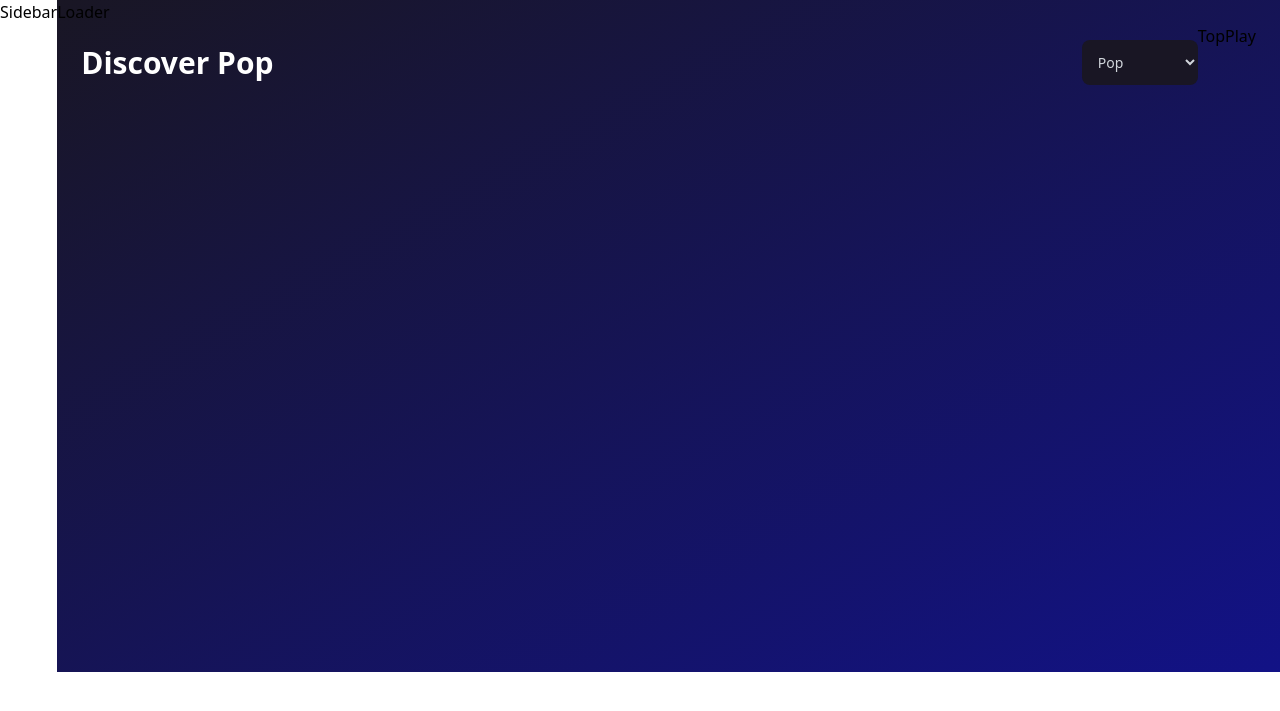
Repository: remydev47/Beats
Page: /
These files come from the project's save history. The page is drawn as it stood at one moment and after the next save; the edit follows.
The browser window is 1280 px wide. The pictures show the whole page.
The project was rebuilt for these pictures with package versions that can differ from the ones it lists, and the page was loaded fresh each time. Also part of the build but not shown: vite.config.js, src/components/ArtistCard.jsx, src/components/DetailsHeader.jsx, src/components/PlayPause.jsx, src/components/SongBar.jsx, src/components/RelatedSongs.jsx, src/components/MusicPlayer/Controls.jsx, src/components/MusicPlayer/Player.jsx and 12 more.

Above is the page before, as saved 2022-09-23 19:31:43.

### index.html
<!DOCTYPE html>
<html lang="en">
  <head>
    <meta charset="UTF-8" />
    <link rel="icon" type="image/svg+xml" href="/vite.svg" />
    <meta name="viewport" content="width=device-width, initial-scale=1.0" />
    <title>Lyrics</title>
  </head>
  <body>
    <div id="root"></div>
    <script type="module" src="/src/index.jsx"></script>
  </body>
</html>

### src/redux/features/playerSlice.js
import { createSlice } from '@reduxjs/toolkit';

const initialState = {
  currentSongs: [],
  currentIndex: 0,
  isActive: false,
  isPlaying: false,
  activeSong: {},
  genreListId: '',
};

const playerSlice = createSlice({
  name: 'player',
  initialState,
  reducers: {
    setActiveSong: (state, action) => {
      state.activeSong = action.payload.song;

      if (action.payload?.data?.tracks?.hits) {
        state.currentSongs = action.payload.data.tracks.hits;
      } else if (action.payload?.data?.properties) {
        state.currentSongs = action.payload?.data?.tracks;
      } else {
        state.currentSongs = action.payload.data;
      }

      state.currentIndex = action.payload.i;
      state.isActive = true;
    },

    nextSong: (state, action) => {
      if (state.currentSongs[action.payload]?.track) {
        state.activeSong = state.currentSongs[action.payload]?.track;
      } else {
        state.activeSong = state.currentSongs[action.payload];
      }

      state.currentIndex = action.payload;
      state.isActive = true;
    },

    prevSong: (state, action) => {
      if (state.currentSongs[action.payload]?.track) {
        state.activeSong = state.currentSongs[action.payload]?.track;
      } else {
        state.activeSong = state.currentSongs[action.payload];
      }

      state.currentIndex = action.payload;
      state.isActive = true;
    },

    playPause: (state, action) => {
      state.isPlaying = action.payload;
    },

    selectGenreListId: (state, action) => {
      state.genreListId = action.payload;
    },
  },
});

export const { setActiveSong, nextSong, prevSong, playPause, selectGenreListId } = playerSlice.actions;

export default playerSlice.reducer;

### src/pages/Discover.jsx
import { Error, Loader, SongCard } from '../components';
import { genres } from '../assets/constants'

const Discover = () => {

    const genreTitle = "Pop";

    return(
        <div className={styles.container}>
            <div className={styles.wrapper}>
                <h2 className='font-bold text-3xl text-white text-left'>
                    Discover {genreTitle}
                </h2>
                <select
                  onChange={() => {}}
                  value=""
                  className={styles.selectStyles}
                >
                    {genres.map((genre) =>
                        <option
                          key={genre.value}
                          value={genre.value}
                        >
                          {genre.title}
                        </option>
                    )}
                </select>
            </div>
        </div>
    )
}

export default Discover;

const styles ={
    container:`flex flex-col`,
    wrapper:`w-full flex justify-between items-center sm:flex-row flex-col mt-4 mb-10`,
    selectStyles:`bg-black text-gray-300 p-3 text-sm rounded-lg outline-none sm:mt-0 mt-5`
}

### src/assets/constants.js
import { HiOutlineHashtag, HiOutlineHome, HiOutlinePhotograph, HiOutlineUserGroup } from 'react-icons/hi';

export const genres = [
  { title: 'Pop', value: 'POP' },
  { title: 'Hip-Hop', value: 'HIP_HOP_RAP' },
  { title: 'Dance', value: 'DANCE' },
  { title: 'Electronic', value: 'ELECTRONIC' },
  { title: 'Soul', value: 'SOUL_RNB' },
  { title: 'Alternative', value: 'ALTERNATIVE' },
  { title: 'Rock', value: 'ROCK' },
  { title: 'Latin', value: 'LATIN' },
  { title: 'Film', value: 'FILM_TV' },
  { title: 'Country', value: 'COUNTRY' },
  { title: 'Worldwide', value: 'WORLDWIDE' },
  { title: 'Reggae', value: 'REGGAE_DANCE_HALL' },
  { title: 'House', value: 'HOUSE' },
  { title: 'K-Pop', value: 'K_POP' },
];

export const links = [
  { name: 'Discover', to: '/', icon: HiOutlineHome },
  { name: 'Around You', to: '/around-you', icon: HiOutlinePhotograph },
  { name: 'Top Artists', to: '/top-artists', icon: HiOutlineUserGroup },
  { name: 'Top Charts', to: '/top-charts', icon: HiOutlineHashtag },
];

Loaded but not shown: src/index.jsx (common file); src/index.css (common file); src/App.jsx (common file); src/redux/store.js (common file); src/components/index.js (common file); src/pages/index.js (common file); src/components/Sidebar.jsx (common file); src/components/Searchbar.jsx (common file); src/components/TopPlay.jsx (common file); tailwind.config.cjs (common file); src/components/SongCard.jsx (common file)

After the next save:
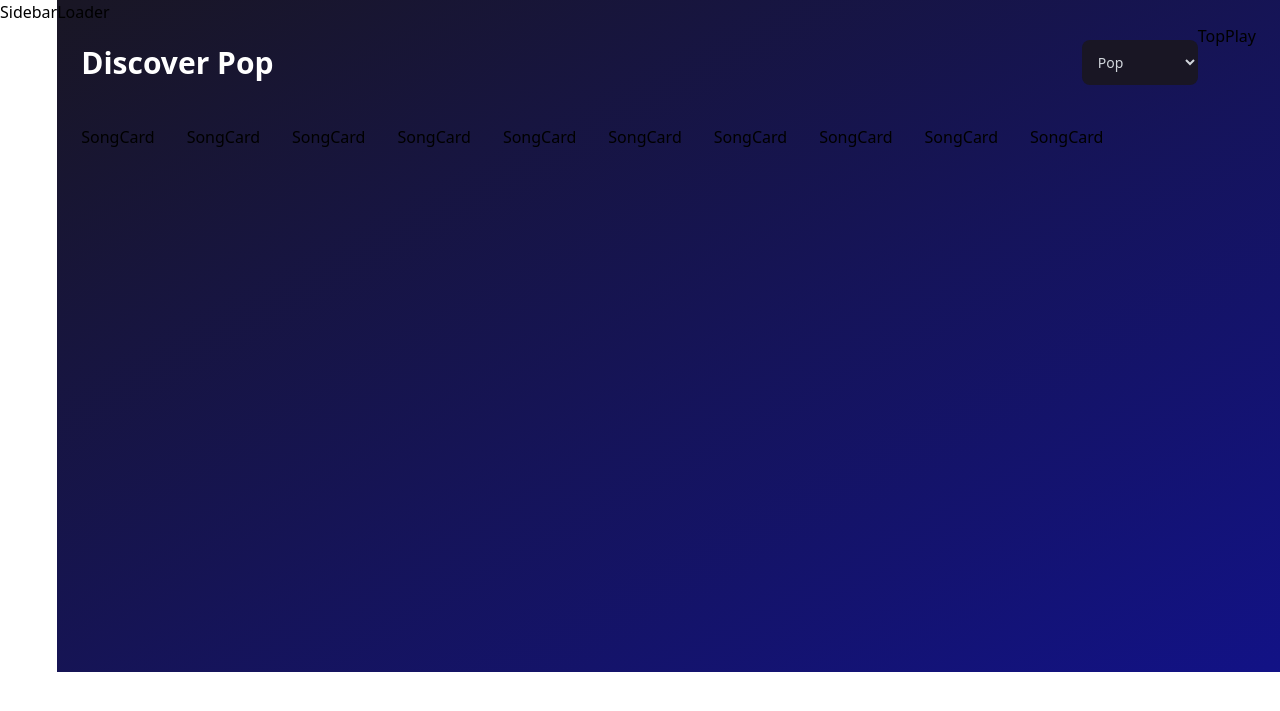
Saved 7 min 56 s later.
--- a/src/pages/Discover.jsx
+++ b/src/pages/Discover.jsx
@@ -26,6 +26,17 @@ const Discover = () => {
                     )}
                 </select>
             </div>
+
+            <div className='flex flex-wrap sm:justify-start justify-center gap-8'>
+                {[1, 2, 3, 4, 5, 6, 7, 8, 9, 10].map((song, i) => (
+                    <SongCard
+                      key={song.key}
+                      song={song}
+                      i={i}
+                    />
+                ))}
+            </div>
+
         </div>
     )
 }
